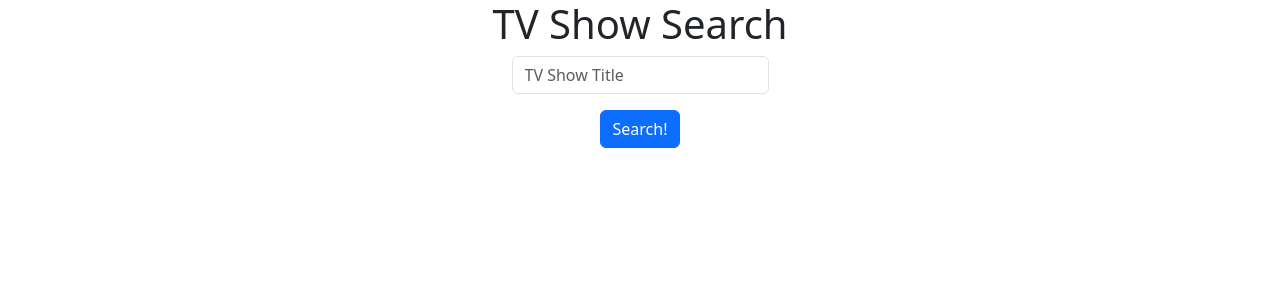
Repository: danieltikamori/wdb
Page: projects/TV-Show-search-app/index.html
The author's editor kept a copy of each file at every save. The page is drawn from the files as they stood at one save, then again after a run of saves.
The browser window is 1280 px wide. The pictures show the whole page.
Some web libraries are served in a nearby version.

Above is the page before, as saved 2023-01-28 16:38:41.
Console error: TypeError: Cannot read properties of null (reading 'querySelector')

After the next 2 saves:
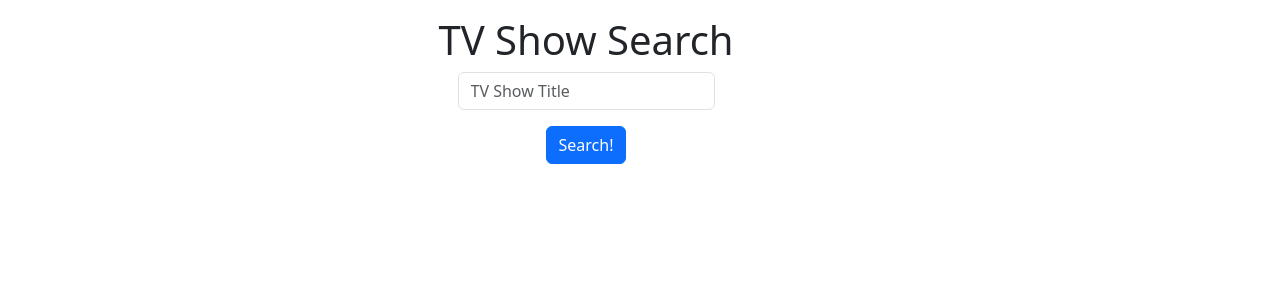
The 2 saves are shown as one change because they came seconds apart.
The last was saved 23 s later.
--- a/projects/TV-Show-search-app/index.html
+++ b/projects/TV-Show-search-app/index.html
@@ -13,7 +13,7 @@
     />
   </head>
   <body>
-    <div class="container text-center">
+    <div class="container text-center m-3">
       <h1>TV Show Search</h1>
       <div class="btn-group" class="form-floating m-3 container">
         <form action="" id="searchForm">

After the 2 saves that followed:
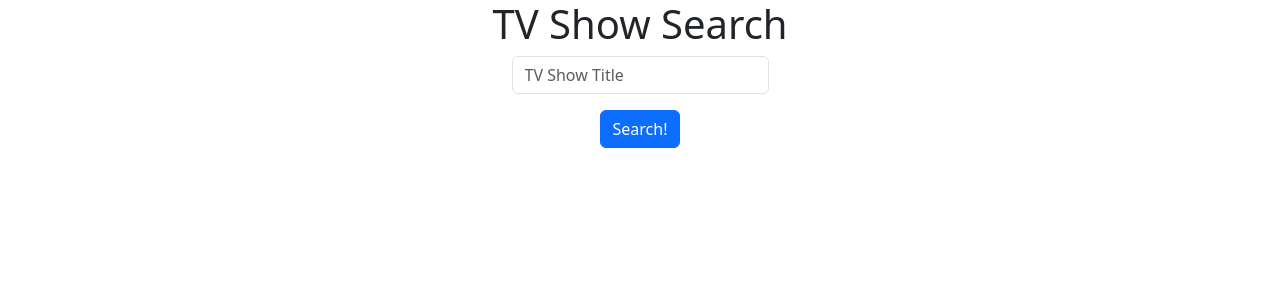
The 2 saves are shown as one change because they came seconds apart.
The last was saved 8 s later.
--- a/projects/TV-Show-search-app/index.html
+++ b/projects/TV-Show-search-app/index.html
@@ -13,7 +13,7 @@
     />
   </head>
   <body>
-    <div class="container text-center m-3">
+    <div class="container text-center">
       <h1>TV Show Search</h1>
       <div class="btn-group" class="form-floating m-3 container">
         <form action="" id="searchForm">
